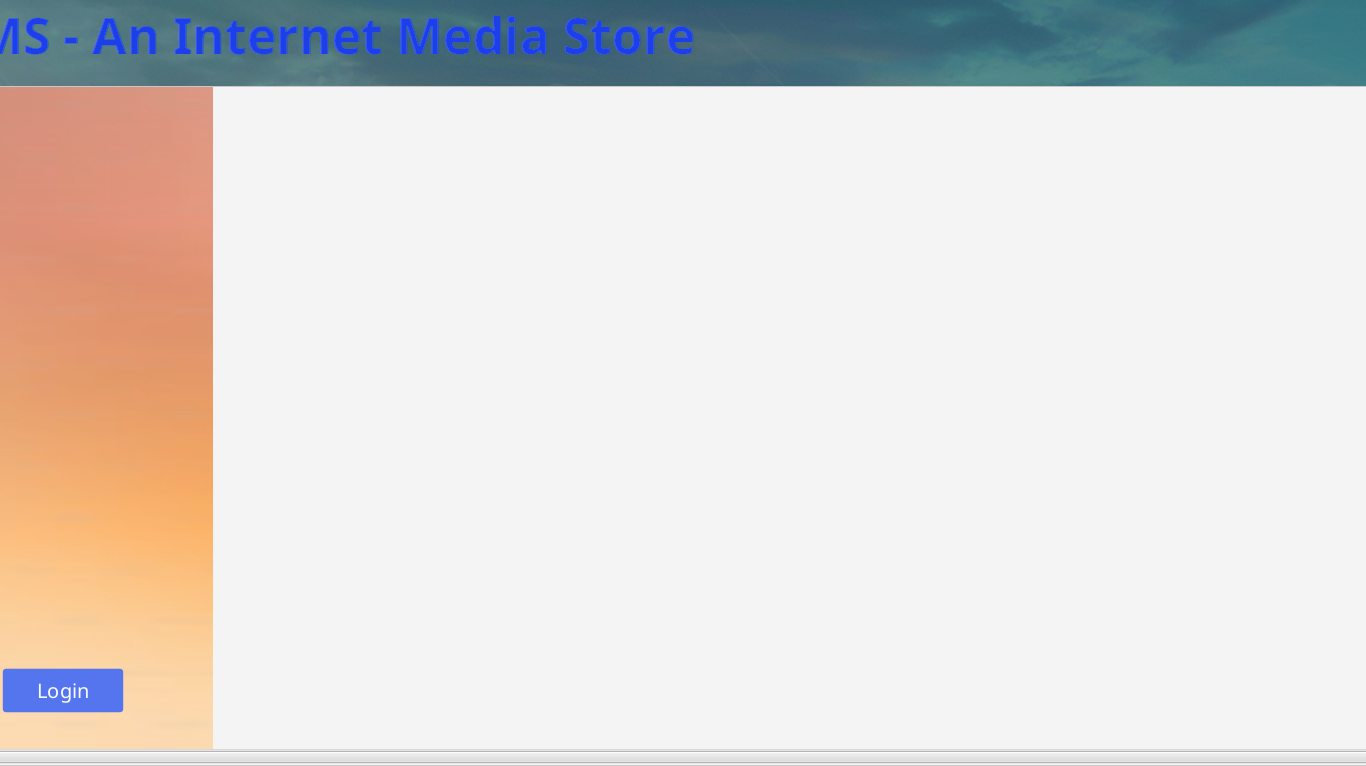
Repository: 20225683-vietddh/AIMS-simple-version
Program's window: java sourcecode/src/root/AimsRoot.java
The author's editor kept a copy of each file at every save. The program's window is drawn from the files as they stood at one save, then again after the next save.
It runs on Java 21 on a 1366 x 768 screen with JavaFX 11; the title bar is not drawn. Parts beyond the screen are cut off. It also reads sourcecode/src/assets/images/background.jpg, sourcecode/src/assets/images/background.png.

Above is the program's window before, as saved 2025-03-15 09:32:25.

After the next save:
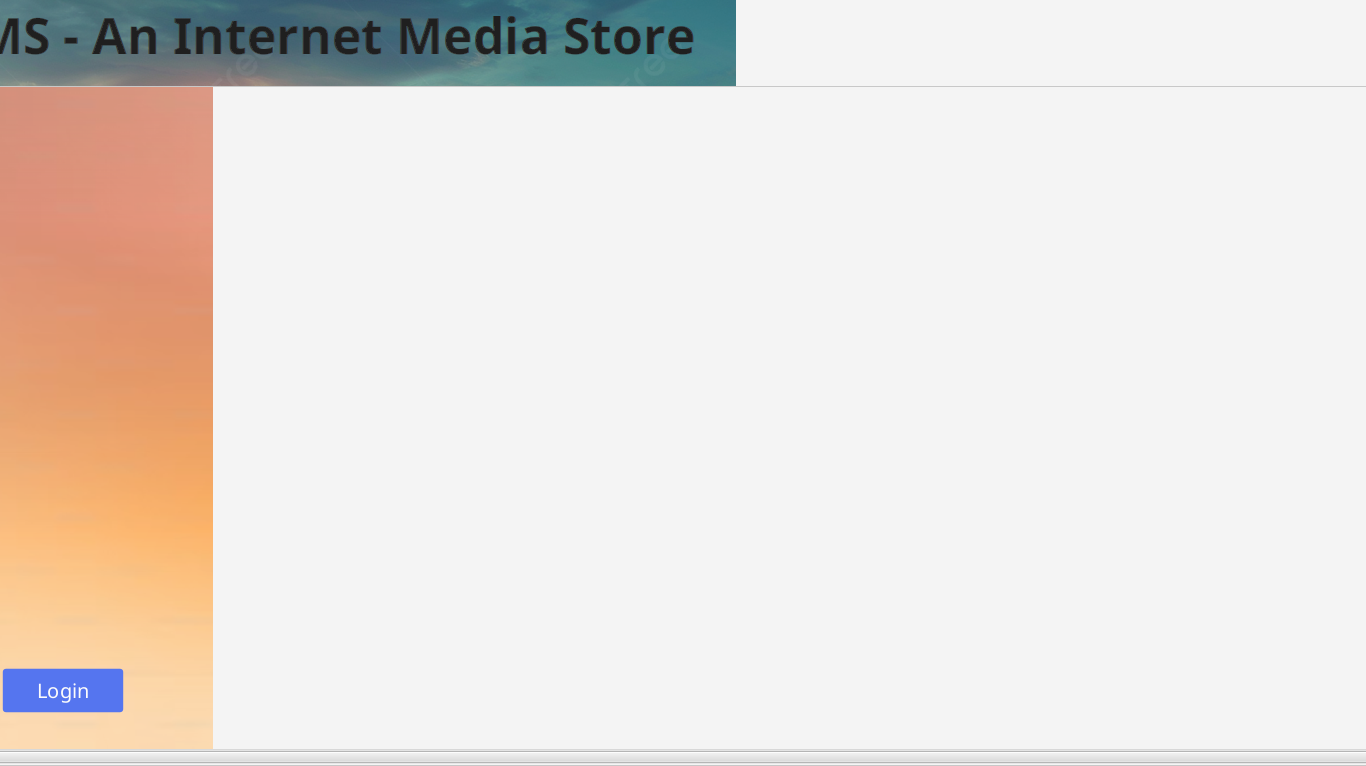
Saved 85 s later.
--- a/sourcecode/src/view/MainMenuScreen.fxml
+++ b/sourcecode/src/view/MainMenuScreen.fxml
@@ -16,9 +16,9 @@
    <children>
       <VBox prefHeight="780.0" prefWidth="1540.0">
          <children>
-            <HBox styleClass="inner-title" prefHeight="100.0" prefWidth="1540.0" style="-fx-background-color: FCF8FC;">
+            <HBox styleClass="inner-title-box" prefHeight="100.0" prefWidth="1540.0">
                <children>
-                  <Label prefHeight="106.0" prefWidth="814.0" text="AIMS - An Internet Media Store " textFill="#2f57ef">
+                  <Label styleClass="inner-title" prefHeight="106.0" prefWidth="814.0" text="AIMS - An Internet Media Store">
                      <font>
                         <Font name="System Bold" size="50.0" />
                      </font>
